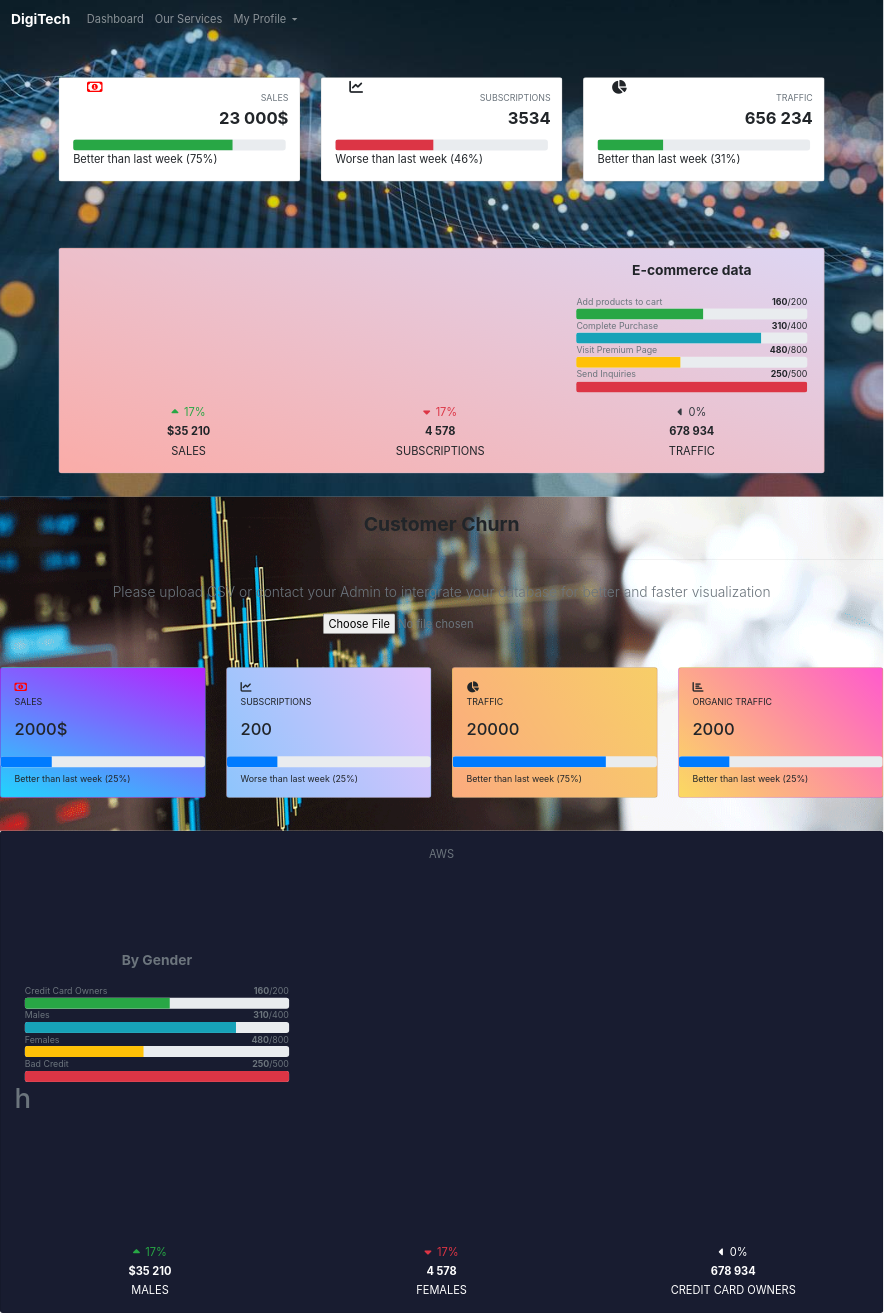
Repository: Tookliin/DigiTech
Page: /data
The author's editor kept a copy of each file at every save. The page is drawn from the files as they stood at one save, then again after the next save.
The browser window is 1280 px wide. The page is 1295 px wide, so the pictures cover 1295 px, including what lies to the right of the window. The pictures show the whole page, at 69% of full size.
The project was rebuilt for these pictures with package versions that can differ from the ones it lists, and the page was loaded fresh each time. Also part of the build but not shown: src/components/Dashboard.vue, src/components/Profile.vue, src/components/Error.vue, src/components/Register.vue.

Above is the page before, as saved 2020-07-22 08:47:31.

### src/main.js
import Vue from 'vue';
import App from './App.vue';
import VueRouter from 'vue-router';
// import 'bootstrap-icons';
// import 'bootstrap-icons/icons';
import 'jquery';
import 'popper.js';
import 'bootstrap';
import 'bootstrap/dist/css/bootstrap.min.css';
import './assets/css/main.css';
import '@fortawesome/fontawesome-free/css/all.min.css';
import 'bootstrap-css-only/css/bootstrap.min.css';
import Dashboard from './components/Dashboard.vue';
import Profile from './components/Profile';
import Error from './components/Error.vue';
import Register from './components/Register.vue';
import Organization from './components/Organization.vue';

Vue.use(VueRouter);
Vue.config.productionTip = false

const router = new VueRouter({
routes: [
  {path: '/', component: Dashboard},
  {path: '/profile', component: Profile},
  {path: '/register', component: Register},
  {path: '/data', component: Organization},
  {path: '*', component: Error}
],
mode: 'history'
});
new Vue({
  router,
  render: h => h(App)
}).$mount('#app');

### src/App.vue
<template>
  <div id="app">
    <main class="">
  <nav class="navbar fixed-top navbar-expand-lg navbar-dark scrolling-navbar">
        <a class="navbar-brand" href="/"><strong>DigiTech</strong></a>
        <button class="navbar-toggler" type="button" data-toggle="collapse" data-target="#navbarSupportedContent" aria-controls="navbarSupportedContent" aria-expanded="false" aria-label="Toggle navigation">
            <span class="navbar-toggler-icon"></span>
        </button>
        <div class="collapse navbar-collapse" id="navbarSupportedContent">
            <ul class="navbar-nav mr-auto">
              <router-link to="/">
              <a class="nav-link">Dashboard <span class="sr-only">(current)</span></a></router-link>

                <router-link to="/profile">
                  <a class="nav-link" >Our Services</a>
                </router-link>


                 <li class="nav-item dropdown">
          <a class="nav-link dropdown-toggle" id="navbarDropdownMenuLink-4" data-toggle="dropdown" aria-haspopup="true"
            aria-expanded="false">
           My Profile
          </a>
          <div class="dropdown-menu dropdown-menu-right dropdown-info" aria-labelledby="navbarDropdownMenuLink-4">
             <router-link to="/data">
             <a class="dropdown-item">Account</a></router-link>

             <router-link to="/register">
             <a class="dropdown-item">Register</a></router-link>

             <router-link to="/logout">
             <a class="dropdown-item">Log out</a></router-link>



            <!-- <a class="dropdown-item" href="/data">Our Clients</a> -->
          </div>
        </li>
            </ul>
        </div>
    </nav>
    </main>
    <router-view/>
  </div>
</template>
<script>
export default {
  name: "App",
  components:{

  },
  data(){
    return{}
  }
}
</script>

### src/assets/css/main.css
html,
body,
header,
.view {
  height: 100%;
}

.navbar {
    background-color: transparent;
}

@media (max-width: 740px) {
  html,
  body,
  header,
  .view {
    height: 1200px;
  }
}
@media (min-width: 800px) and (max-width: 850px) {
  html,
  body,
  header,
  .view {
    height: 700px;
  }
}

.top-nav-collapse {
  background-color: #39448c !important;
}

.navbar:not(.top-nav-collapse) {
  background: transparent !important;
}

@media (max-width: 991px) {
 .navbar:not(.top-nav-collapse) {
  background: #39448c !important;
 }
}

.far{
    color: red;
}

.dashboard{
    background-color: #21D4FD;
background-image: -webkit-linear-gradient(19deg, #21D4FD 0%, #B721FF 100%);
background-image: -moz-linear-gradient(19deg, #21D4FD 0%, #B721FF 100%);
background-image: -o-linear-gradient(19deg, #21D4FD 0%, #B721FF 100%);
background-image: linear-gradient(19deg, #21D4FD 0%, #B721FF 100%);
}

.profile{
background-color: #D9AFD9;
background-image: -webkit-linear-gradient(0deg, #D9AFD9 0%, #97D9E1 100%);
background-image: -moz-linear-gradient(0deg, #D9AFD9 0%, #97D9E1 100%);
background-image: -o-linear-gradient(0deg, #D9AFD9 0%, #97D9E1 100%);
background-image: linear-gradient(0deg, #D9AFD9 0%, #97D9E1 100%);

}


 .data{
    /* background-color: #FAACA8;
background-image: -webkit-linear-gradient(19deg, #FAACA8 0%, #DDD6F3 100%);
background-image: -moz-linear-gradient(19deg, #FAACA8 0%, #DDD6F3 100%);
background-image: -o-linear-gradient(19deg, #FAACA8 0%, #DDD6F3 100%);
background-image: linear-gradient(19deg, #FAACA8 0%, #DDD6F3 100%); */
background-image: url("../images/dsa.jpg");
background-position: center;
background-size: cover;;

 }

 .client-card{
     background-color: #FAACA8;
background-image: -webkit-linear-gradient(19deg, #FAACA8 0%, #DDD6F3 100%);
background-image: -moz-linear-gradient(19deg, #FAACA8 0%, #DDD6F3 100%);
background-image: -o-linear-gradient(19deg, #FAACA8 0%, #DDD6F3 100%);
background-image: linear-gradient(19deg, #FAACA8 0%, #DDD6F3 100%);
 }

 .customer-churn{
     /* background-attachment: fixed; */
     background-image: url("../images/ad.gif");
     background-position: center;
     background-size: cover;;
 }
.sales{
    background-color: #21D4FD;
    background-image: -webkit-linear-gradient(19deg, #21D4FD 0%, #B721FF 100%);
    background-image: -moz-linear-gradient(19deg, #21D4FD 0%, #B721FF 100%);
    background-image: -o-linear-gradient(19deg, #21D4FD 0%, #B721FF 100%);
    background-image: linear-gradient(19deg, #21D4FD 0%, #B721FF 100%);
}

.subscription{
    background-color: #8EC5FC;
    background-image: -webkit-linear-gradient(62deg, #8EC5FC 0%, #E0C3FC 100%);
    background-image: -moz-linear-gradient(62deg, #8EC5FC 0%, #E0C3FC 100%);
    background-image: -o-linear-gradient(62deg, #8EC5FC 0%, #E0C3FC 100%);
    background-image: linear-gradient(62deg, #8EC5FC 0%, #E0C3FC 100%);

}

.traffic{
    background-color: #FBAB7E;
    background-image: -webkit-linear-gradient(62deg, #FBAB7E 0%, #F7CE68 100%);
    background-image: -moz-linear-gradient(62deg, #FBAB7E 0%, #F7CE68 100%);
    background-image: -o-linear-gradient(62deg, #FBAB7E 0%, #F7CE68 100%);
    background-image: linear-gradient(62deg, #FBAB7E 0%, #F7CE68 100%);

}

.organic{
    background-color: #FBDA61;
    background-image: -webkit-linear-gradient(45deg, #FBDA61 0%, #FF5ACD 100%);
    background-image: -moz-linear-gradient(45deg, #FBDA61 0%, #FF5ACD 100%);
    background-image: -o-linear-gradient(45deg, #FBDA61 0%, #FF5ACD 100%);
    background-image: linear-gradient(45deg, #FBDA61 0%, #FF5ACD 100%);

}

### src/components/Organization.vue
<template>

<div class="">
<div class="data" style="height: 100vh;">

<div class="container ">
    <div class="row">
      <div class="col-lg-4 col-md-12 py-5 my-5">
        <div class="card mt-3">

          <div class="">
            <i class="far fa-money-bill-alt fa-lg primary-color z-depth-2 p-4 ml-3 mt-n3 rounded text-black"></i>
            <div class="float-right text-right p-3">
              <p class="text-uppercase text-muted mb-1"><small>sales</small></p>
              <h4 class="font-weight-bold mb-0">23 000$</h4>
            </div>
          </div>

          <div class="card-body pt-0">
            <div class="progress md-progress">
              <div class="progress-bar bg-success" role="progressbar" style="width: 75%" aria-valuenow="75" aria-valuemin="0"
                aria-valuemax="100"></div>
            </div>
            <p class="card-text">Better than last week (75%)</p>
          </div>
        </div>
      </div>

      <div class="col-lg-4 col-md-6 my-5 py-5">
        <div class="card mt-3">
          <div class="">
            <i class="fas fa-chart-line fa-lg teal z-depth-2 p-4 ml-3 mt-n3 rounded text-black"></i>
            <div class="float-right text-right p-3">
              <p class="text-uppercase text-muted mb-1"><small>subscriptions</small></p>
              <h4 class="font-weight-bold mb-0">3534</h4>
            </div>
          </div>
          <div class="card-body pt-0">
            <div class="progress md-progress">
              <div class="progress-bar bg-danger" role="progressbar" style="width: 46%" aria-valuenow="46" aria-valuemin="0"
                aria-valuemax="100"></div>
            </div>
            <p class="card-text">Worse than last week (46%)</p>
          </div>
        </div>
      </div>

      <div class="col-lg-4 col-md-6 my-5 py-5">
        <div class="card mt-3">
          <div class="">
            <i class="fas fa-chart-pie fa-lg purple z-depth-2 p-4 ml-3 mt-n3 rounded text-black"></i>
            <div class="float-right text-right p-3">
              <p class="text-uppercase text-muted mb-1"><small>traffic</small></p>
              <h4 class="font-weight-bold mb-0">656 234</h4>
            </div>
          </div>
          <div class="card-body pt-0">
            <div class="progress md-progress">
              <div class="progress-bar bg-success" role="progressbar" style="width: 31%" aria-valuenow="31" aria-valuemin="0"
                aria-valuemax="100"></div>
            </div>
            <p class="card-text">Better than last week (31%)</p>
          </div>
        </div>
      </div>
    </div>


    <!-- Client Behaviour -->
 <section>
      <div class=" client-card card">
        <div class="card-body mr-md-1">
          <div class="row mb-3">
            <div class="col-md-8 mb-4">
              <canvas id="barChart" height="100"></canvas>
            </div>
            <div class="col-md-4 mb-1 mb-md-0">
              <h5 class="text-center font-weight-bold mb-4">E-commerce data</h5>
              <div class="d-flex justify-content-between">
                <small class="text-muted">Add products to cart</small>
                <small><span><strong>160</strong></span>/<span></span>200</small>
              </div>
              <div class="progress md-progress">
                <div class="progress-bar bg-success" role="progressbar" style="width: 55%" aria-valuenow="55"
                  aria-valuemin="0" aria-valuemax="100"></div>
              </div>
              <div class="d-flex justify-content-between">
                <small class="text-muted">Complete Purchase</small>
                <small><span><strong>310</strong></span>/<span></span>400</small>
              </div>
              <div class="progress md-progress">
                <div class="progress-bar bg-info" role="progressbar" style="width: 80%" aria-valuenow="80"
                  aria-valuemin="0" aria-valuemax="100"></div>
              </div>
              <div class="d-flex justify-content-between">
                <small class="text-muted">Visit Premium Page</small>
                <small><span><strong>480</strong></span>/<span></span>800</small>
              </div>
              <div class="progress md-progress">
                <div class="progress-bar bg-warning" role="progressbar" style="width: 45%" aria-valuenow="45"
                  aria-valuemin="0" aria-valuemax="100"></div>
              </div>
              <div class="d-flex justify-content-between">
                <small class="text-muted">Send Inquiries</small>
                <small><span><strong>250</strong></span>/<span></span>500</small>
              </div>
              <div class="progress md-progress">
                <div class="progress-bar bg-danger" role="progressbar" style="width: 100%" aria-valuenow="100"
                  aria-valuemin="0" aria-valuemax="100"></div>
              </div>
            </div>
          </div>
          <div class="row text-center">
            <div class="col-md-4 mb-4 mb-md-0">
              <p class="text-success mb-1"><i class="fas fa-caret-up mr-2"></i>17%</p>
              <p class="font-weight-bold mb-1">$35 210</p>
              <p class="text-uppercase mb-md-0">Sales</p>
            </div>
            <div class="col-md-4 mb-4 mb-md-0">
              <p class="text-danger mb-1"><i class="fas fa-caret-down mr-2"></i>17%</p>
              <p class="font-weight-bold mb-1">4 578</p>
              <p class="text-uppercase mb-md-0">Subscriptions</p>
            </div>
            <div class="col-md-4 mb-0">
              <p class="text-dark mb-1"><i class="fas fa-caret-left mr-2"></i>0%</p>
              <p class="font-weight-bold mb-1">678 934</p>
              <p class="text-uppercase mb-0">Traffic</p>
            </div>
          </div>
        </div>
      </div>
    </section>
    </div>
    </div>

<!-- Customer Churn -->
<section class=" customer-churn py-4">

    <h3 class="font-weight-bold text-center dark-grey-text pb-2">
        Customer Churn</h3>
    <hr class="w-header my-4">
    <p class="lead text-center text-muted pt-2 mb-3">Please upload CSV or contact your Admin to intergrate your database for better and faster visualization

    </p>
    <div class="text-center text-muted mb-5">
        <input type="file" name="form" id="form">
        <a class="primary-color"></a>
    </div>


    <div class="row white-text">
      <div class="col-xl-3 col-md-6 mb-4">
        <div class="sales card classic-admin-card primary-color">
          <div class="card-body py-3">
            <i class="far fa-money-bill-alt"></i>
            <p class="small">SALES</p>
            <h4>2000$</h4>
          </div>
          <div class="progress md-progress">
            <div class="progress-bar grey darken-3" role="progressbar" style="width: 25%" aria-valuenow="25" aria-valuemin="0" aria-valuemax="100"></div>
          </div>
          <div class="card-body pt-2 pb-3">
            <p class="small mb-0">Better than last week (25%)</p>
          </div>
        </div>
      </div>

      <div class="col-xl-3 col-md-6 mb-4">
        <div class="subscription card classic-admin-card warning-color">
          <div class="card-body py-3">
            <i class="fas fa-chart-line"></i>
            <p class="small">SUBSCRIPTIONS</p>
            <h4>200</h4>
          </div>
          <div class="progress md-progress">
            <div class="progress-bar bg grey darken-3" role="progressbar" style="width: 25%" aria-valuenow="25" aria-valuemin="0" aria-valuemax="100"></div>
          </div>
          <div class="card-body pt-2 pb-3">
            <p class="small mb-0">Worse than last week (25%)</p>
          </div>
        </div>
      </div>

      <div class="col-xl-3 col-md-6 mb-4">
        <div class="traffic card classic-admin-card light-blue lighten-1">
          <div class="card-body py-3">
            <i class="fas fa-chart-pie"></i>
            <p class="small">TRAFFIC</p>
            <h4>20000</h4>
          </div>
          <div class="progress md-progress">
            <div class="progress-bar grey darken-3" role="progressbar" style="width: 75%" aria-valuenow="75" aria-valuemin="0" aria-valuemax="100"></div>
          </div>
          <div class="card-body pt-2 pb-3">
            <p class="small mb-0">Better than last week (75%)</p>
          </div>
        </div>
      </div>

      <div class="col-xl-3 col-md-6 mb-4">
        <div class="organic card classic-admin-card red accent-2">
          <div class="card-body py-3">
            <i class="fas fa-chart-bar"></i>
            <p class="small">ORGANIC TRAFFIC</p>
            <h4>2000</h4>
          </div>
          <div class="progress md-progress">
            <div class="progress-bar grey darken-3" role="progressbar" style="width: 25%" aria-valuenow="25" aria-valuemin="0" aria-valuemax="100"></div>
          </div>
          <div class="card-body pt-2 pb-3">
            <p class="small mb-0">Better than last week (25%)</p>
          </div>
        </div>
      </div>
    </div>
  </section>


   <section>

    <div class="card" style="background-color: #181C30;">
      <div class="card-body">
            <div class="text-center text-muted mb-5">
                <a class="primary-color">AWS</a>

            <div class="col-md-6 mb-4">
              <canvas id="barChart" height="100"></canvas>
            </div>
            <div class="col-md-4 mb- ">
              <h5 class="text-center font-weight-bold mb-4">By Gender</h5>
              <div class="d-flex justify-content-between">
                <small class="text-muted">Credit Card Owners</small>
                <small><span><strong>160</strong></span>/<span></span>200</small>
              </div>
              <div class="progress md-progress">
                <div class="progress-bar bg-success" role="progressbar" style="width: 55%" aria-valuenow="55"
                  aria-valuemin="0" aria-valuemax="100"></div>
              </div>
              <div class="d-flex justify-content-between">
                <small class="text-muted">Males</small>
                <small><span><strong>310</strong></span>/<span></span>400</small>
              </div>
              <div class="progress md-progress">
                <div class="progress-bar bg-info" role="progressbar" style="width: 80%" aria-valuenow="80"
                  aria-valuemin="0" aria-valuemax="100"></div>
              </div>
              <div class="d-flex justify-content-between">
                <small class="text-muted">Females</small>
                <small><span><strong>480</strong></span>/<span></span>800</small>
              </div>
              <div class="progress md-progress">
                <div class="progress-bar bg-warning" role="progressbar" style="width: 45%" aria-valuenow="45"
                  aria-valuemin="0" aria-valuemax="100"></div>
              </div>
              <div class="d-flex justify-content-between">
                <small class="text-muted">Bad Credit</small>
                <small><span><strong>250</strong></span>/<span></span>500</small>
              </div>
              <div class="progress md-progress">
                <div class="progress-bar bg-danger" role="progressbar" style="width: 100%" aria-valuenow="100"
                  aria-valuemin="0" aria-valuemax="100"></div>
              </div>


             <div class="row">
              <h1>h</h1>
            </div>
          </div>



                </div>



        <canvas id="lineChart" class="mb-4" height="100"></canvas>

        <!--Grid row-->
        <div class="row text-center text-white">


          <!--Grid column-->
          <div class="col-md-4 mb-4 mb-md-0">

            <p class="text-success mb-1"><i class="fas fa-caret-up mr-2"></i>17%</p>
            <p class="font-weight-bold mb-1">$35 210</p>
            <p class="text-uppercase mb-md-0">Males</p>

          </div>
          <!--Grid column-->

          <!--Grid column-->
          <div class="col-md-4 mb-4 mb-md-0">

            <p class="text-danger mb-1"><i class="fas fa-caret-down mr-2"></i>17%</p>
            <p class="font-weight-bold mb-1">4 578</p>
            <p class="text-uppercase mb-md-0">Females</p>

          </div>
          <!--Grid column-->

          <!--Grid column-->
          <div class="col-md-4 mb-0">

            <p class="text-grey mb-1"><i class="fas fa-caret-left mr-2"></i>0%</p>
            <p class="font-weight-bold mb-1">678 934</p>
            <p class="text-uppercase mb-0">Credit Card Owners</p>
          </div>
        </div>

      </div>
    </div>
  </section>


    </div>
</template>
<script>
export default {
    name: 'Profile',
    props:{


    }, data() {
        return {
            male: 8137,
            labels: ["Red", "Blue", "Yellow", "Green", "Purple", "Orange"],




        }
    },
    mounted() {

    this.ctxB = document.getElementById("barChart").getContext('2d');
    this.myBarChart =  {
      type: 'bar',
      data: {
        labels: ["Red", "Blue", "Yellow", "Green", "Purple", "Orange"],
        datasets: [{
          label: '# of Votes',
          data: [12, 19, 3, 5, 2, 3],
          backgroundColor: [
            'rgba(255, 99, 132, 0.2)',
            'rgba(54, 162, 235, 0.2)',
            'rgba(255, 206, 86, 0.2)',
            'rgba(75, 192, 192, 0.2)',
            'rgba(153, 102, 255, 0.2)',
            'rgba(255, 159, 64, 0.2)'
          ],
          borderColor: [
            'rgba(255,99,132,1)',
            'rgba(54, 162, 235, 1)',
            'rgba(255, 206, 86, 1)',
            'rgba(75, 192, 192, 1)',
            'rgba(153, 102, 255, 1)',
            'rgba(255, 159, 64, 1)'
          ],
          borderWidth: 1
        }]
      },
      options: {
        scales: {
          yAxes: [{
            ticks: {
              beginAtZero: true
            }
          }]
        }
      }
    };
    },
    methods: {

    },
}
</script>

Loaded but not shown: public/index.html (common file)

After the next save:
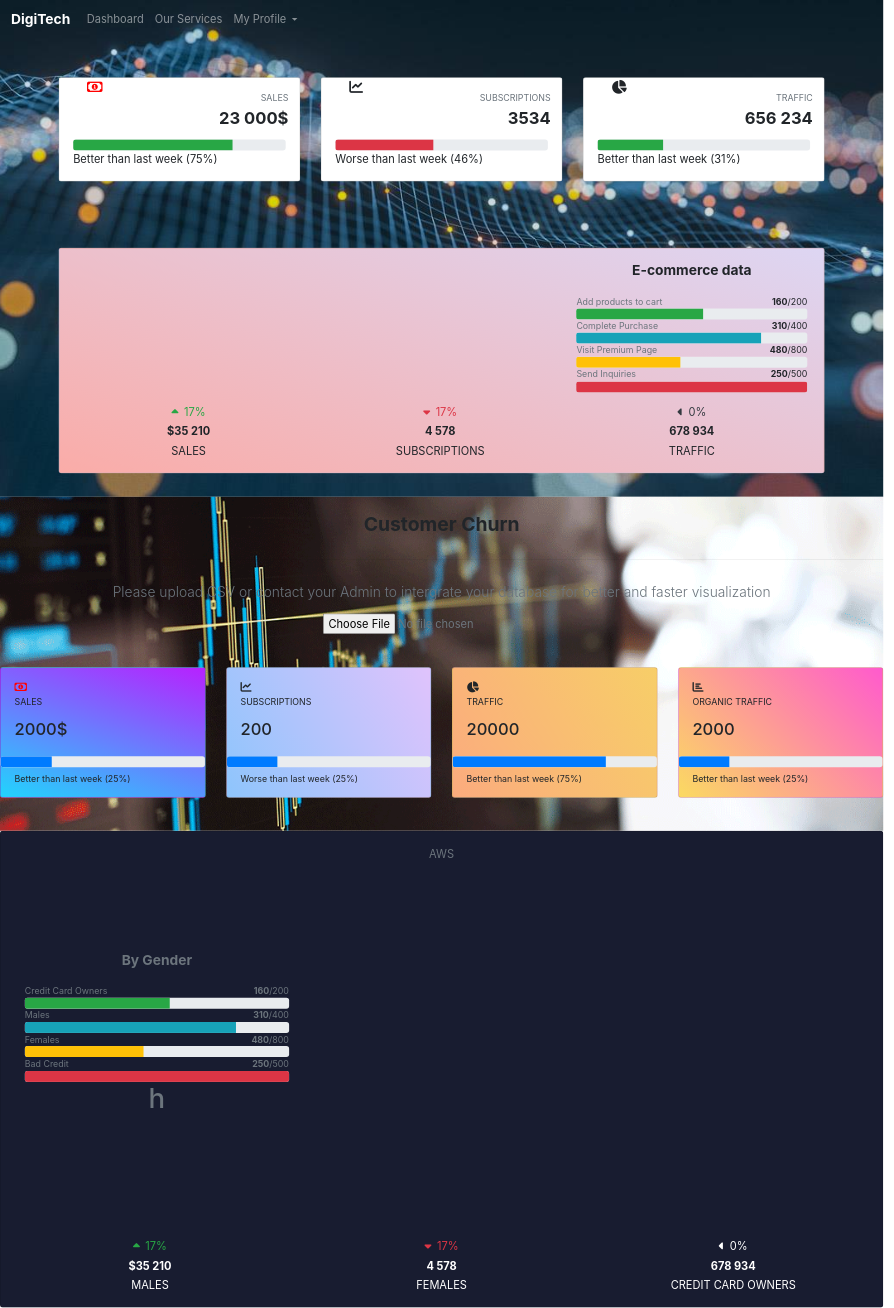
Saved 7 s later.
--- a/src/components/Organization.vue
+++ b/src/components/Organization.vue
@@ -262,7 +262,7 @@
               </div>
 
 
-             <div class="row">
+             <div class="">
               <h1>h</h1>
             </div>
           </div>
